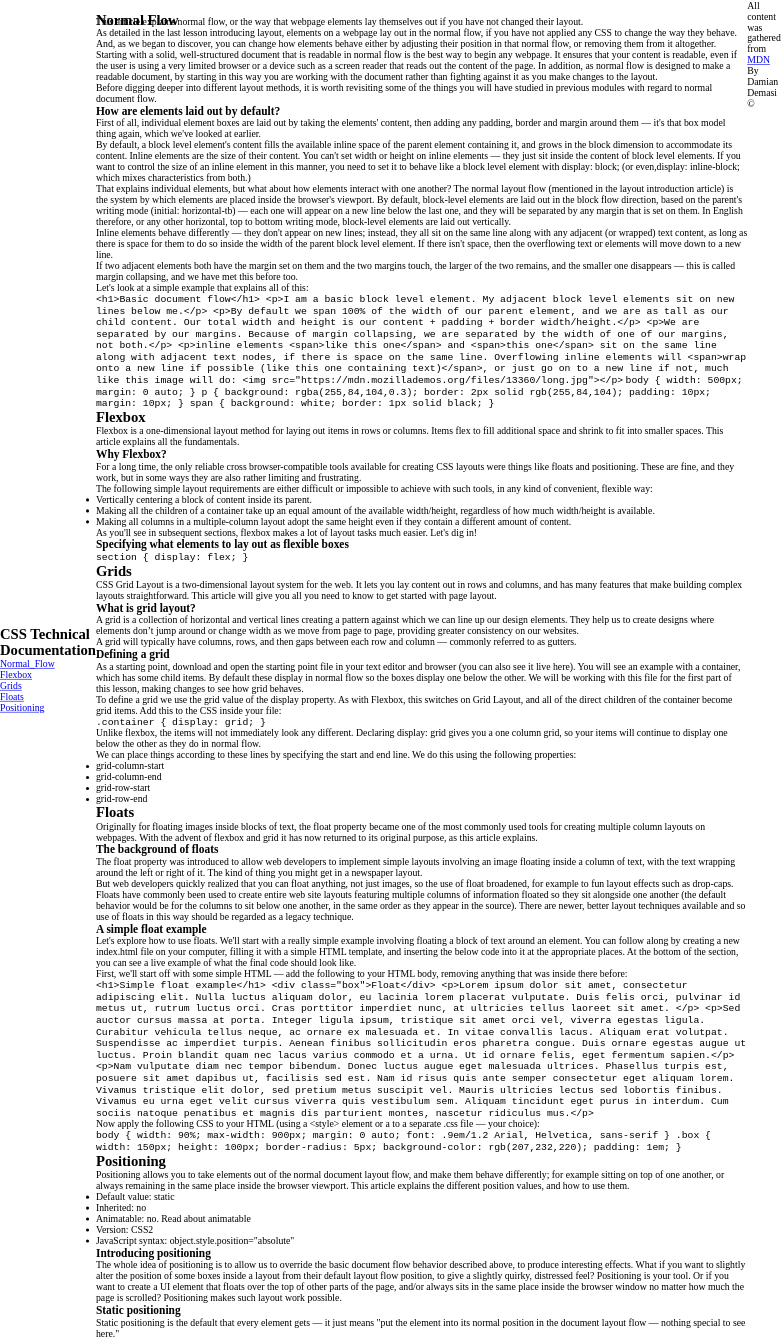
Repository: Colo-Codes/freecodecamp-04-Technical-Documentation-Page
Page: index.html
These files come from the project's save history. The page is drawn as it stood at one moment and after the next save; the edit follows.
The browser window is 1280 px wide. The pictures show the whole page, at 61% of full size.

Above is the page before, as saved 2021-05-21 11:27:01.

### index.html
<!DOCTYPE html>
<html lang="en">

<head>
    <meta charset="UTF-8">
    <meta http-equiv="X-UA-Compatible" content="IE=edge">
    <meta name="viewport" content="width=device-width, initial-scale=1.0">
    <link rel="stylesheet" href="./resources/css/index.css" type="text/css">
    <title>Technical Documentation Page</title>
</head>

<body>
    <header>
        <nav id="navbar">
            <!-- On the left of screen, fixed (visible) -->
            <header>
                <h1>CSS Technical Documentation</h1>
            </header>
            <ul>
                <li><a href="#Normal_Flow" class="nav-link">Normal_Flow</a></li>
                <li><a href="#Flexbox" class="nav-link">Flexbox</a></li>
                <li><a href="#Grids" class="nav-link">Grids</a></li>
                <li><a href="#Floats" class="nav-link">Floats</a></li>
                <li><a href="#Positioning" class="nav-link">Positioning</a></li>
            </ul>
        </nav>
    </header>
    <main id="main-doc">
        <section class="main-section" id="Normal_Flow">
            <header>
                <h2>Normal Flow</h2>
            </header>
            <p>This article explains normal flow, or the way that webpage elements lay themselves out if you have not
                changed their
                layout.</p>
            <p>As detailed in the last lesson introducing layout, elements on a webpage lay out in the normal flow, if
                you have not
                applied any CSS to change the way they behave. And, as we began to discover, you can change how elements
                behave
                either by adjusting their position in that normal flow, or removing them from it altogether. Starting
                with a solid,
                well-structured document that is readable in normal flow is the best way to begin any webpage. It
                ensures that your
                content is readable, even if the user is using a very limited browser or a device such as a screen
                reader that reads
                out the content of the page. In addition, as normal flow is designed to make a readable document, by
                starting in
                this way you are working with the document rather than fighting against it as you make changes to the
                layout.</p>
            <p>Before digging deeper into different layout methods, it is worth revisiting some of the things you will
                have studied
                in previous modules with regard to normal document flow.</p>
            <h3>How are elements laid out by default?</h3>
            <p>First of all, individual element boxes are laid out by taking the elements' content, then adding any
                padding, border
                and margin around them — it's that box model thing again, which we've looked at earlier.
            </p>
            <p>By default, a block level element's content fills the available inline space of the parent element
                containing it,
                and grows in the block dimension to accommodate its content. Inline elements are the size of their
                content. You
                can't set width or height on inline elements — they just sit inside the content of block level elements.
                If you want
                to control the size of an inline element in this manner, you need to set it to behave like a block level
                element
                with display: block; (or even,display: inline-block; which mixes characteristics from both.)
            </p>
            <p>That explains individual elements, but what about how elements interact with one another? The normal
                layout flow
                (mentioned in the layout introduction article) is the system by which elements are placed inside the
                browser's
                viewport. By default, block-level elements are laid out in the block flow direction, based on the
                parent's writing
                mode (initial: horizontal-tb) — each one will appear on a new line below the last one, and they will be
                separated by
                any margin that is set on them. In English therefore, or any other horizontal, top to bottom writing
                mode,
                block-level elements are laid out vertically.
            </p>
            <p>Inline elements behave differently — they don't appear on new lines; instead, they all sit on the same
                line along
                with any adjacent (or wrapped) text content, as long as there is space for them to do so inside the
                width of the
                parent block level element. If there isn't space, then the overflowing text or elements will move down
                to a new
                line.
            </p>
            <p>If two adjacent elements both have the margin set on them and the two margins touch, the larger of the
                two remains,
                and the smaller one disappears — this is called margin collapsing, and we have met this before too.</p>
            <p>Let's look at a simple example that explains all of this:</p>
            <code>&lt;h1&gt;Basic document flow&lt;/h1&gt;

                &lt;p&gt;I am a basic block level element. My adjacent block level elements sit on new lines below me.&lt;/p&gt;

                &lt;p&gt;By default we span 100% of the width of our parent element, and we are as tall as our child content. Our total width and height is our content + padding + border width/height.&lt;/p&gt;

                &lt;p&gt;We are separated by our margins. Because of margin collapsing, we are separated by the width of one of our margins, not both.&lt;/p&gt;

                &lt;p&gt;inline elements &lt;span&gt;like this one&lt;/span&gt; and &lt;span&gt;this one&lt;/span&gt; sit on the same line along with adjacent text nodes, if there is space on the same line. Overflowing inline elements will &lt;span&gt;wrap onto a new line if possible (like this one containing text)&lt;/span&gt;, or just go on to a new line if not, much like this image will do: &lt;img src="https://mdn.mozillademos.org/files/13360/long.jpg"&gt;&lt;/p&gt;</code>
            <code>body {
                width: 500px;
                margin: 0 auto;
              }

              p {
                background: rgba(255,84,104,0.3);
                border: 2px solid rgb(255,84,104);
                padding: 10px;
                margin: 10px;
              }

              span {
                background: white;
                border: 1px solid black;
              }</code>


        </section>

        <section class="main-section" id="Flexbox">
            <header>
                <h2>Flexbox</h2>
            </header>
            <p>Flexbox is a one-dimensional layout method for laying out items in rows or columns. Items flex to fill
                additional space and shrink to fit into smaller spaces. This article explains all the fundamentals.</p>
            <h3>Why Flexbox?</h3>
            <p>For a long time, the only reliable cross browser-compatible tools available for creating CSS layouts were
                things like floats and positioning. These are fine, and they work, but in some ways they are also rather
                limiting and frustrating.</p>
            <p>The following simple layout requirements are either difficult or impossible to achieve with such tools,
                in any kind of convenient, flexible way:</p>
            <ul>
                <li>Vertically centering a block of content inside its parent.</li>
                <li>Making all the children of a container take up an equal amount of the available width/height,
                    regardless of how much width/height is available.</li>
                <li>Making all columns in a multiple-column layout adopt the same height even if they contain a
                    different amount of content.</li>
            </ul>
            <p>As you'll see in subsequent sections, flexbox makes a lot of layout tasks much easier. Let's dig in!</p>
            <h3>Specifying what elements to lay out as flexible boxes</h3>
            <code>section {
                display: flex;
              }</code>


        </section>

        <section class="main-section" id="Grids">
            <header>
                <h2>Grids</h2>
            </header>
            <p>CSS Grid Layout is a two-dimensional layout system for the web. It lets you lay content out in rows and
                columns, and has many features that make building complex layouts straightforward. This article will
                give you all you need to know to get started with page layout.</p>
            <h3>What is grid layout?</h3>
            <p>A grid is a collection of horizontal and vertical lines creating a pattern against which we can line up
                our design elements. They help us to create designs where elements don’t jump around or change width as
                we move from page to page, providing greater consistency on our websites.</p>
            <p>A grid will typically have columns, rows, and then gaps between each row and column — commonly referred
                to as gutters.</p>
            <h3>Defining a grid</h3>
            <p>As a starting point, download and open the starting point file in your text editor and browser (you can
                also see it live here). You will see an example with a container, which has some child items. By default
                these display in normal flow so the boxes display one below the other. We will be working with this file
                for the first part of this lesson, making changes to see how grid behaves.</p>
            <p>To define a grid we use the grid value of the display property. As with Flexbox, this switches on Grid
                Layout, and all of the direct children of the container become grid items. Add this to the CSS inside
                your file:</p>
            <code>.container {
                display: grid;
            }</code>
            <p>Unlike flexbox, the items will not immediately look any different. Declaring display: grid gives you a
                one column grid, so your items will continue to display one below the other as they do in normal flow.
            </p>
            <p>We can place things according to these lines by specifying the start and end line. We do this using the
                following properties:</p>
            <ul>
                <li>grid-column-start</li>
                <li>grid-column-end</li>
                <li>grid-row-start</li>
                <li>grid-row-end</li>
            </ul>

        </section>

        <section class="main-section" id="Floats">
            <header>
                <h2>Floats</h2>
            </header>
            <p>Originally for floating images inside blocks of text, the float property became one of the most commonly
                used tools for creating multiple column layouts on webpages. With the advent of flexbox and grid it has
                now returned to its original purpose, as this article explains.</p>
            <h3>The background of floats</h3>
            <p>The float property was introduced to allow web developers to implement simple layouts involving an image
                floating inside a column of text, with the text wrapping around the left or right of it. The kind of
                thing you might get in a newspaper layout.</p>
            <p>But web developers quickly realized that you can float anything, not just images, so the use of float
                broadened, for example to fun layout effects such as drop-caps.</p>
            <p>Floats have commonly been used to create entire web site layouts featuring multiple columns of
                information floated so they sit alongside one another (the default behavior would be for the columns to
                sit below one another, in the same order as they appear in the source). There are newer, better layout
                techniques available and so use of floats in this way should be regarded as a legacy technique.</p>
            <h3>A simple float example</h3>
            <p>Let's explore how to use floats. We'll start with a really simple example involving floating a block of
                text around an element. You can follow along by creating a new index.html file on your computer, filling
                it with a simple HTML template, and inserting the below code into it at the appropriate places. At the
                bottom of the section, you can see a live example of what the final code should look like.</p>
            <p>First, we'll start off with some simple HTML — add the following to your HTML body, removing anything
                that was inside there before:</p>
            <code>&lt;h1&gt;Simple float example&lt;/h1&gt;

                &lt;div class="box"&gt;Float&lt;/div&gt;

                &lt;p&gt;Lorem ipsum dolor sit amet, consectetur adipiscing elit. Nulla luctus aliquam dolor, eu lacinia lorem placerat vulputate. Duis felis orci, pulvinar id metus ut, rutrum luctus orci. Cras porttitor imperdiet nunc, at ultricies tellus laoreet sit amet. &lt;/p&gt;

                &lt;p&gt;Sed auctor cursus massa at porta. Integer ligula ipsum, tristique sit amet orci vel, viverra egestas ligula. Curabitur vehicula tellus neque, ac ornare ex malesuada et. In vitae convallis lacus. Aliquam erat volutpat. Suspendisse ac imperdiet turpis. Aenean finibus sollicitudin eros pharetra congue. Duis ornare egestas augue ut luctus. Proin blandit quam nec lacus varius commodo et a urna. Ut id ornare felis, eget fermentum sapien.&lt;/p&gt;

                &lt;p&gt;Nam vulputate diam nec tempor bibendum. Donec luctus augue eget malesuada ultrices. Phasellus turpis est, posuere sit amet dapibus ut, facilisis sed est. Nam id risus quis ante semper consectetur eget aliquam lorem. Vivamus tristique elit dolor, sed pretium metus suscipit vel. Mauris ultricies lectus sed lobortis finibus. Vivamus eu urna eget velit cursus viverra quis vestibulum sem. Aliquam tincidunt eget purus in interdum. Cum sociis natoque penatibus et magnis dis parturient montes, nascetur ridiculus mus.&lt;/p&gt;
            </code>
            <p>Now apply the following CSS to your HTML (using a &lt;style&gt; element or a
                <link> to a separate .css file — your choice):
            </p>
            <code>
                body {
                    width: 90%;
                    max-width: 900px;
                    margin: 0 auto;
                    font: .9em/1.2 Arial, Helvetica, sans-serif
                  }

                  .box {
                    width: 150px;
                    height: 100px;
                    border-radius: 5px;
                    background-color: rgb(207,232,220);
                    padding: 1em;
                  }
                </code>

        </section>

        <section class="main-section" id="Positioning">
            <header>
                <h2>Positioning</h2>
            </header>
            <p>Positioning allows you to take elements out of the normal document layout flow, and make them behave
                differently; for example sitting on top of one another, or always remaining in the same place inside the
                browser viewport. This article explains the different position values, and how to use them.</p>
            <ul>
                <li>Default value: static</li>
                <li>Inherited: no</li>
                <li>Animatable: no. Read about animatable</li>
                <li>Version: CSS2</li>
                <li>JavaScript syntax: object.style.position="absolute"</li>
            </ul>
            <h3>Introducing positioning</h3>
            <p>The whole idea of positioning is to allow us to override the basic document flow behavior described
                above, to produce interesting effects. What if you want to slightly alter the position of some boxes
                inside a layout from their default layout flow position, to give a slightly quirky, distressed feel?
                Positioning is your tool. Or if you want to create a UI element that floats over the top of other parts
                of the page, and/or always sits in the same place inside the browser window no matter how much the page
                is scrolled? Positioning makes such layout work possible.</p>
            <h3>Static positioning</h3>
            <p>Static positioning is the default that every element gets — it just means "put the element into its
                normal position in the document layout flow — nothing special to see here."</p>
        </section>
    </main>
    <footer>
        <p>All content was gathered from <a href="https://developer.mozilla.org/en-US/docs/Learn/CSS/CSS_layout" target="_blank">MDN</a></p>
        By Damian Demasi &copy;
    </footer>
</body>

</html>

### resources/css/index.css
/* TODO - My Technical Documentation page should use at least one media query. */

/* Reset */
html {
    box-sizing: border-box;
    font-size: 16px;
}

*, *:before, *:after {
    box-sizing: inherit;
    margin: 0;
    padding: 0;
}

body {
    position: relative;
    display: flex;
    /* align-items: flex-start; */
}

header {
    align-self: center;
    position: sticky;
    top: 20px;
}

#Flexbox {
    position: sticky;
    top: 20px;

}

#Grids {
    position: sticky;
    top: 20px;
}

After the next save:
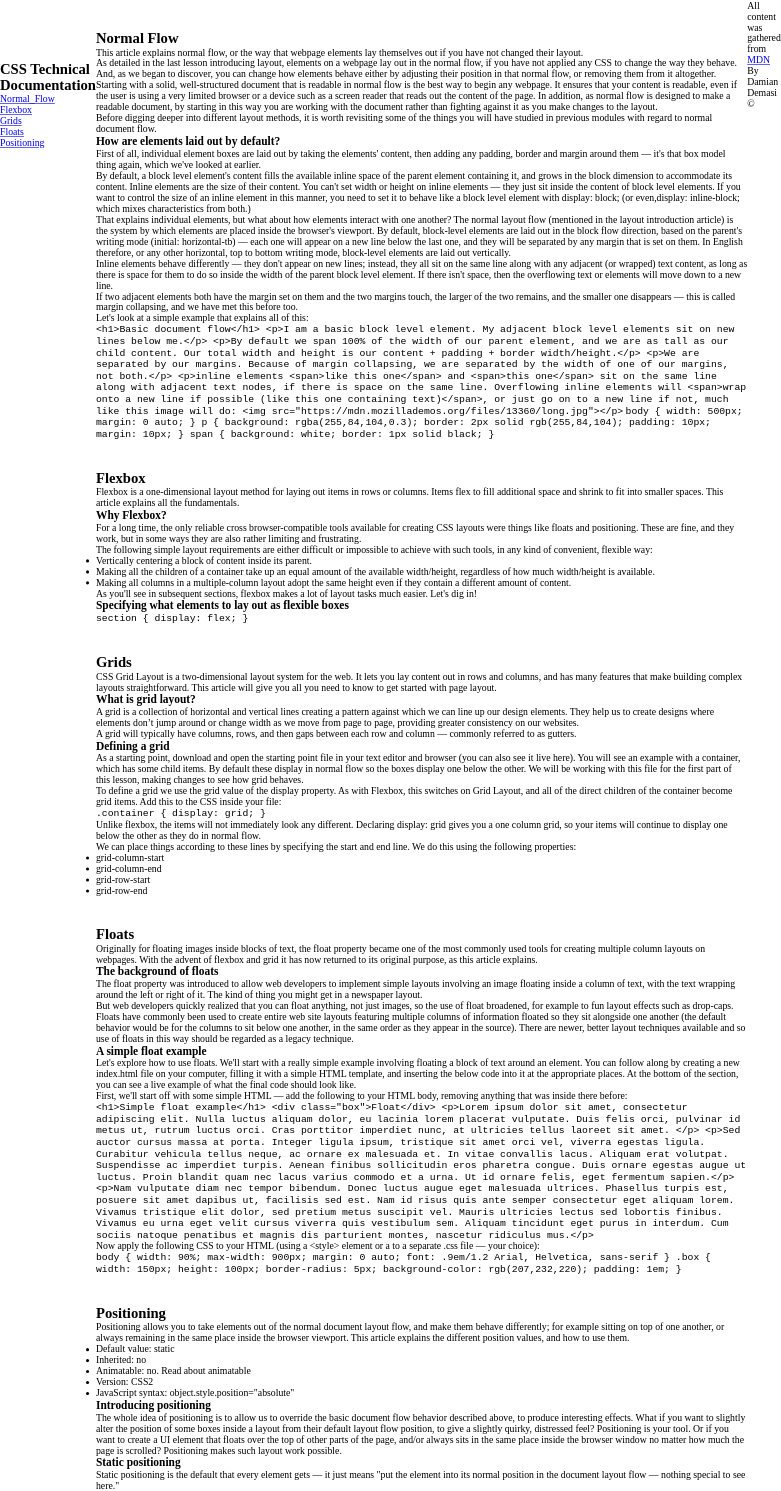
Saved 17 s later.
--- a/resources/css/index.css
+++ b/resources/css/index.css
@@ -19,7 +19,7 @@
 }
 
 header {
-    align-self: center;
+    margin-top: 50px;
     position: sticky;
     top: 20px;
 }

After the 2 saves that followed:
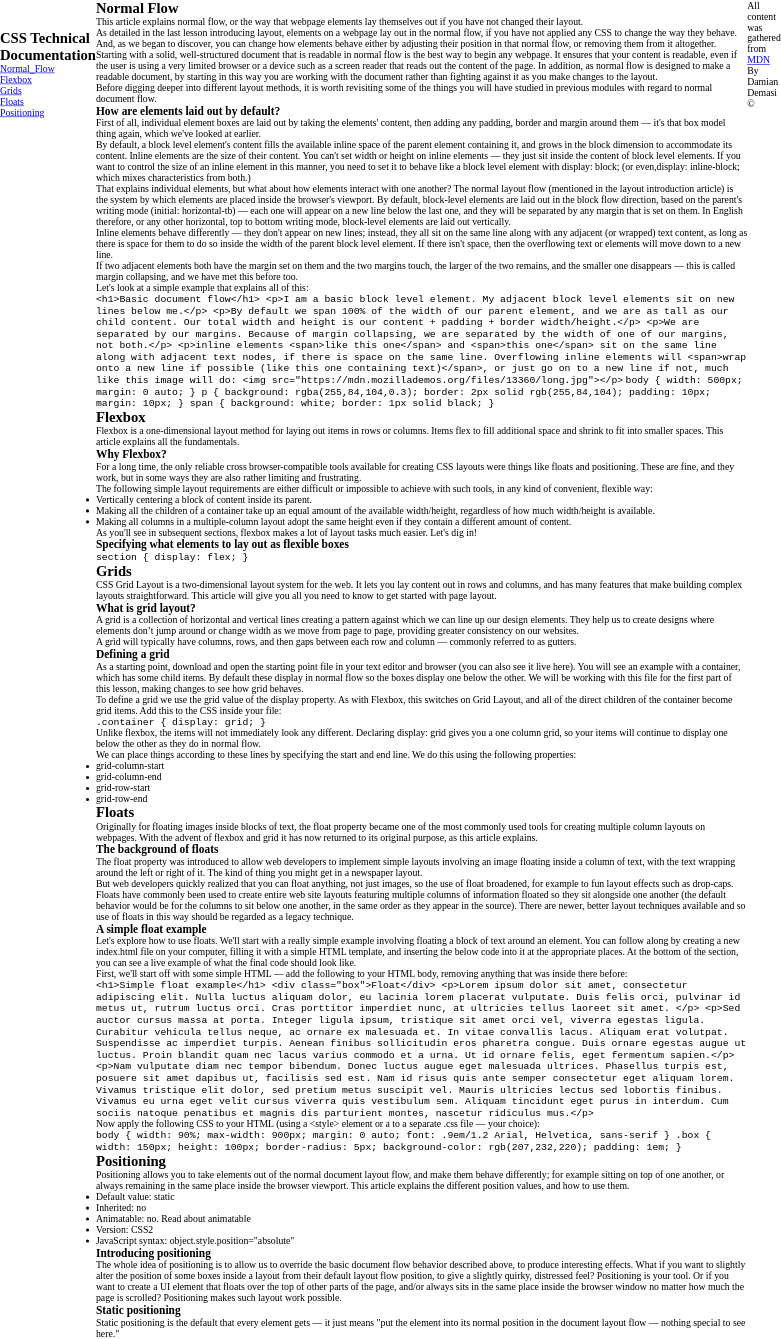
The 2 saves are shown as one change because 1 left the picture as it was.
The last was saved 54 s later.
--- a/index.html
+++ b/index.html
@@ -10,7 +10,7 @@
 </head>
 
 <body>
-    <header>
+    <header id="navbar-block">
         <nav id="navbar">
             <!-- On the left of screen, fixed (visible) -->
             <header>
--- a/resources/css/index.css
+++ b/resources/css/index.css
@@ -18,7 +18,7 @@
     /* align-items: flex-start; */
 }
 
-header {
+#navbar-block {
     margin-top: 50px;
     position: sticky;
     top: 20px;
